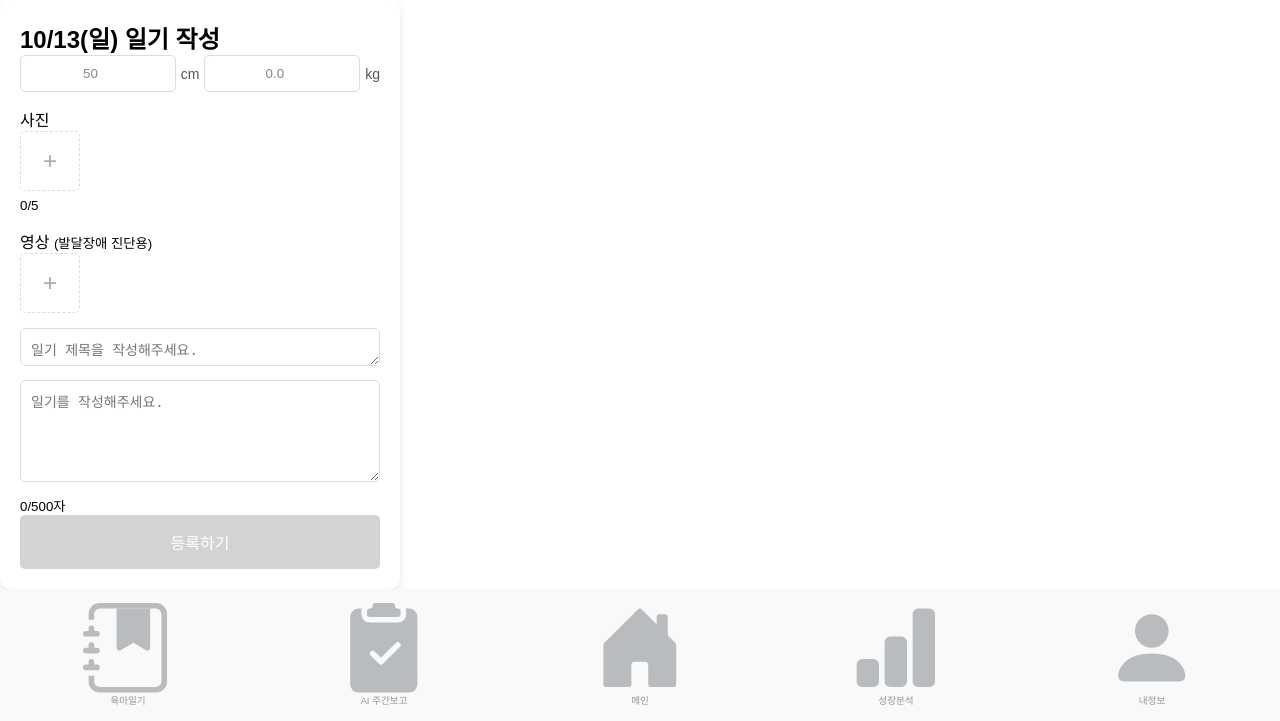
Repository: fromBirth/frombirth-frontend
Page: /babydiary/register
An editor plug-in stored every save of this project. The page is shown before and after the next save, followed by the edit.
The browser window is 1280 px wide. The pictures show the whole page.
Some web fonts or font styles are not loaded; a fallback is used. The project was rebuilt for these pictures with package versions that can differ from the ones it lists, and the page was loaded fresh each time. Also part of the build but not shown: vite.config.js.

Above is the page before, as saved 2024-10-30 12:13:24.

### index.html
<!doctype html>
<html lang="en">
  <head>
    <meta charset="UTF-8" />
    <link rel="icon" type="image/svg+xml" href="/fromBirthIcon" />
    <meta name="viewport" content="width=device-width, initial-scale=1.0" />
    <script src="https://t1.kakaocdn.net/kakao_js_sdk/2.7.2/kakao.min.js" integrity="sha384-TiCUE00h649CAMonG018J2ujOgDKW/kVWlChEuu4jK2vxfAAD0eZxzCKakxg55G4" crossorigin="anonymous"></script>
    <title>fromBirth</title>
  </head>
  <body>
    <div id="root"></div>
    <script type="module" src="/src/main.jsx"></script>
  </body>
</html>

### src/main.jsx
/* src/main.jsx */

// StrictMode와 createRoot 함수를 React에서 import
import { StrictMode } from 'react'
import { createRoot } from 'react-dom/client'
// 애플리케이션의 메인 컴포넌트인 App을 import
import App from './App.jsx'

// React 애플리케이션의 루트 DOM 요소에 App 컴포넌트를 렌더링
createRoot(document.getElementById('root')).render(
  <StrictMode>
    <App />
  </StrictMode>,
)

### src/App.jsx
/* src/App.jsx */

// 전체 애플리케이션에 라우팅 기능을 제공하는 BrowserRouter를 import
import { BrowserRouter as Router } from 'react-router-dom';
// 전역적으로 인증 상태를 관리하기 위해 AuthProvider를 import
import { AuthProvider } from './contexts/AuthContext';
// 애플리케이션의 전체 라우팅 구성을 위한 AppRouter를 import
import AppRouter from './routes/AppRouter'; // 라우팅 설정을 불러옴

// App 컴포넌트는 애플리케이션의 최상위 컴포넌트로, 인증과 라우팅을 관리
function App() {
    return (
        <AuthProvider>  {/* 인증 컨텍스트 제공 */}
            <Router>  {/* 라우팅 제공 */}
                <AppRouter /> {/* 전체 라우팅 설정 */}
            </Router>
        </AuthProvider>
    );
}

// App 컴포넌트를 기본으로 내보내기
export default App;

### src/contexts/AuthContext.jsx
/* src/contexts/AuthContext.jsx */

import { createContext, useState } from 'react';

// Context 생성
export const AuthContext = createContext();

// Context Provider 컴포넌트
export const AuthProvider = ({ children }) => {
    const [isAuthenticated, setIsAuthenticated] = useState(false);

    // 로그인/로그아웃 상태 변경 함수
    const toggleAuth = () => {
        setIsAuthenticated(!isAuthenticated);
    };

    return (
        <AuthContext.Provider value={{ isAuthenticated, toggleAuth }}>
            {children}
        </AuthContext.Provider>
    );
};

### src/routes/AppRouter.jsx
/* src/routes/AppRouter.jsx */

// React Router의 Routes와 Route 컴포넌트를 사용해 라우팅 구성
import { Routes, Route, Navigate } from 'react-router-dom';
// React에서 컴포넌트를 동적 로딩할 수 있도록 Suspense와 lazy를 사용
import { Suspense, lazy } from 'react';
// PATHS 객체를 import하여 경로를 상수로 관리
import { PATHS } from './paths';
// 전체 레이아웃 컴포넌트로, 로그인이 필요한 페이지의 공통 레이아웃으로 사용
import Layout from '../components/common/Layout.jsx';
// 스피너 컴포넌트 import
import Spinner from '../components/common/Spinner.jsx';
// 전역 스타일 파일을 import하여 스타일 적용
import '/src/assets/styles/common.css';

// React.lazy를 사용하여 동적 import로 각 페이지를 로딩하여 초기 로딩 속도 최적화
const Login = lazy(() => import('../components/login/Login.jsx'));
const Dashboard = lazy(() => import('../components/dashboard/Dashboard.jsx'));
const BabyDiary = lazy(() => import('../components/baby-diary/BabyDiary.jsx'));
const DiaryList = lazy(() => import('../components/baby-diary/DiaryList.jsx'));
const DiaryListPhoto = lazy(() => import('../components/baby-diary/DiaryListPhoto.jsx'));
const DiaryRegister = lazy(() => import('../components/baby-diary/DiaryRegister.jsx'));
const DiaryDetail = lazy(() => import('../components/baby-diary/DiaryDetail.jsx'));
const WeeklyReport = lazy(() => import('../components/weekly-report/WeeklyReport.jsx'));
const GrowthAnalysis = lazy(() => import('../components/growth-analysis/GrowthAnalysis.jsx'));
const MyPage = lazy(() => import('../components/my-page/MyPage.jsx'));
const ChildRegister = lazy(() => import('../components/my-page/ChildRegister.jsx'));

function AppRouter() {
    return (
        // Suspense로 동적 로딩 중 스피너 화면 표시
        <Suspense fallback={<Spinner />}>
            <Routes>
                {/* 로그인 페이지 */}
                <Route path={PATHS.LOGIN} element={<Login />} />

                {/* 기본 경로에서 메인 대시보드 화면으로 리다이렉트 */}
                <Route path="/" element={<Navigate to={PATHS.DASHBOARD} />} />

                {/* Layout 컴포넌트를 상위 요소로 하여 로그인이 필요한 페이지 구성 */}
                <Route element={<Layout />}>
                    {/* 메인 대시보드 페이지 */}
                    <Route path={PATHS.DASHBOARD} element={<Dashboard />} />

                    {/* BabyDiary 관련 페이지 */}
                    <Route path={PATHS.BABY_DIARY} element={<BabyDiary />} />
                    <Route path={PATHS.DIARY_LIST} element={<DiaryList />} />
                    <Route path={PATHS.DIARY_LIST_PHOTO} element={<DiaryListPhoto />} />
                    <Route path={PATHS.DIARY_REGISTER} element={<DiaryRegister />} />
                    <Route path={PATHS.DIARY_DETAIL} element={<DiaryDetail />} />

                    {/* WeeklyReport 페이지 */}
                    <Route path={PATHS.WEEKLY_REPORT} element={<WeeklyReport />} />

                    {/* GrowthAnalysis 페이지 */}
                    <Route path={PATHS.GROWTH_ANALYSIS} element={<GrowthAnalysis />} />

                    {/* MyPage 관련 페이지 */}
                    <Route path={PATHS.MY_PAGE} element={<MyPage />} />
                    <Route path={PATHS.CHILD_REGISTER} element={<ChildRegister />} />
                </Route>
            </Routes>
        </Suspense>
    );
}

export default AppRouter;

### src/routes/paths.js
/* src/routes/paths.js */

// PATHS 객체는 애플리케이션에서 사용하는 주요 라우트 경로를 상수로 관리
// 경로가 변경되더라도 이 파일만 수정하면 모든 라우트에 반영되어 유지보수가 용이해짐
export const PATHS = {

    // 로그인 페이지 경로
    LOGIN: "/login",

    // 메인 페이지 경로
    MAIN: "/main",

    // 육아 일기 섹션 경로들
    BABY_DIARY: "/babydiary",               // 육아 일기 메인 경로
    DIARY_LIST: "/babydiary/list",          // 일기 목록 페이지 경로
    DIARY_LIST_PHOTO: "/babydiary/listphoto", // 사진으로 보는 일기 목록 경로
    DIARY_REGISTER: "/babydiary/register",  // 일기 작성 페이지 경로
    DIARY_DETAIL: "/babydiary/detail",      // 일기 상세 페이지 경로

    // AI주간보고 페이지 경로
    WEEKLY_REPORT: "/weeklyreport",

    // 성장 분석 페이지 경로
    GROWTH_ANALYSIS: "/growthanalysis",

    // 내정보 섹션 경로들
    MY_PAGE: "/mypage",                     // 마이페이지 메인 경로
    CHILD_REGISTER: "/mypage/register",     // 아이 등록 페이지 경로
};

### src/components/common/Layout.jsx
/* src/components/Layout.jsx */

import { Link, Outlet, useLocation } from 'react-router-dom';
import { useState, useEffect } from 'react';
import '/src/assets/styles/layout.css';

function Layout() {

    const location = useLocation();
    const [activePath, setActivePath] = useState(location.pathname);

    // 라우터 변경 시 활성화 상태 업데이트
    useEffect(() => {
        setActivePath(location.pathname);
    }, [location]);

    return (
        <div className="layout">

            {/* 🔴 페이지 컨텐츠 */}
            <div className="content">
                <Outlet /> {/* 자식 페이지들이 이곳에 렌더링됩니다. */}
            </div>

            {/* 🔴 푸터 */}
            <footer className="footer">
                <nav className={"footer-nav"}>
                    <Link to="/babydiary" >
                        <div className={`nav-item ${activePath === '/babydiary' ? 'btn-active' : ''}`}>
                            <svg xmlns="http://www.w3.org/2000/svg" style={{ fill: activePath === '/babydiary' ? 'var(--logo-color)' : 'var(--menu-symbol-color)' }}
                                className="bi bi-journal-bookmark-fill" viewBox="0 0 16 16">
                                <path fillRule="evenodd"
                                    d="M6 1h6v7a.5.5 0 0 1-.757.429L9 7.083 6.757 8.43A.5.5 0 0 1 6 8z" />
                                <path
                                    d="M3 0h10a2 2 0 0 1 2 2v12a2 2 0 0 1-2 2H3a2 2 0 0 1-2-2v-1h1v1a1 1 0 0 0 1 1h10a1 1 0 0 0 1-1V2a1 1 0 0 0-1-1H3a1 1 0 0 0-1 1v1H1V2a2 2 0 0 1 2-2" />
                                <path
                                    d="M1 5v-.5a.5.5 0 0 1 1 0V5h.5a.5.5 0 0 1 0 1h-2a.5.5 0 0 1 0-1zm0 3v-.5a.5.5 0 0 1 1 0V8h.5a.5.5 0 0 1 0 1h-2a.5.5 0 0 1 0-1zm0 3v-.5a.5.5 0 0 1 1 0v.5h.5a.5.5 0 0 1 0 1h-2a.5.5 0 0 1 0-1z" />
                            </svg>
                            <span>육아일기</span>
                        </div>
                    </Link>
                    <Link to="/weeklyreport" >
                        <div className={`nav-item ${activePath === '/weeklyreport' ? 'btn-active' : ''}`}>
                            <svg xmlns="http://www.w3.org/2000/svg" style={{ fill: activePath === '/weeklyreport' ? 'var(--logo-color)' : 'var(--menu-symbol-color)' }}
                                className="bi bi-clipboard2-check-fill" viewBox="0 0 16 16">
                                <path
                                    d="M10 .5a.5.5 0 0 0-.5-.5h-3a.5.5 0 0 0-.5.5.5.5 0 0 1-.5.5.5.5 0 0 0-.5.5V2a.5.5 0 0 0 .5.5h5A.5.5 0 0 0 11 2v-.5a.5.5 0 0 0-.5-.5.5.5 0 0 1-.5-.5" />
                                <path
                                    d="M4.085 1H3.5A1.5 1.5 0 0 0 2 2.5v12A1.5 1.5 0 0 0 3.5 16h9a1.5 1.5 0 0 0 1.5-1.5v-12A1.5 1.5 0 0 0 12.5 1h-.585q.084.236.085.5V2a1.5 1.5 0 0 1-1.5 1.5h-5A1.5 1.5 0 0 1 4 2v-.5q.001-.264.085-.5m6.769 6.854-3 3a.5.5 0 0 1-.708 0l-1.5-1.5a.5.5 0 1 1 .708-.708L7.5 9.793l2.646-2.647a.5.5 0 0 1 .708.708" />
                            </svg>
                            <span>AI 주간보고</span>
                        </div>

                    </Link>
                    <Link to="/dashboard" >
                        <div className={`nav-item ${activePath === '/dashboard' ? 'btn-active' : ''}`}>
                            <svg xmlns="http://www.w3.org/2000/svg" style={{ fill: activePath === '/dashboard' ? 'var(--logo-color)' : 'var(--menu-symbol-color)' }}
                                className="bi bi-house-door-fill" viewBox="0 0 16 16">
                                <path
                                    d="M6.5 14.5v-3.505c0-.245.25-.495.5-.495h2c.25 0 .5.25.5.5v3.5a.5.5 0 0 0 .5.5h4a.5.5 0 0 0 .5-.5v-7a.5.5 0 0 0-.146-.354L13 5.793V2.5a.5.5 0 0 0-.5-.5h-1a.5.5 0 0 0-.5.5v1.293L8.354 1.146a.5.5 0 0 0-.708 0l-6 6A.5.5 0 0 0 1.5 7.5v7a.5.5 0 0 0 .5.5h4a.5.5 0 0 0 .5-.5" />
                            </svg>
                            <span>메인</span>
                        </div>

                    </Link>
                    <Link to="/growthanalysis" >
                        <div className={`nav-item ${activePath === '/growthanalysis' ? 'btn-active' : ''}`}>
                            <svg xmlns="http://www.w3.org/2000/svg" style={{ fill: activePath === '/growthanalysis' ? 'var(--logo-color)' : 'var(--menu-symbol-color)' }}
                                className="bi bi-bar-chart-fill" viewBox="0 0 16 16">
                                <path
                                    d="M1 11a1 1 0 0 1 1-1h2a1 1 0 0 1 1 1v3a1 1 0 0 1-1 1H2a1 1 0 0 1-1-1zm5-4a1 1 0 0 1 1-1h2a1 1 0 0 1 1 1v7a1 1 0 0 1-1 1H7a1 1 0 0 1-1-1zm5-5a1 1 0 0 1 1-1h2a1 1 0 0 1 1 1v12a1 1 0 0 1-1 1h-2a1 1 0 0 1-1-1z" />
                            </svg>
                            <span>성장분석</span>
                        </div>

                    </Link>
                    <Link to="/mypage" >
                        <div className={`nav-item ${activePath === '/mypage' ? 'btn-active' : ''}`}>
                            <svg xmlns="http://www.w3.org/2000/svg" style={{ fill: activePath === '/mypage' ? 'var(--logo-color)' : 'var(--menu-symbol-color)' }}
                                className="bi bi-person-fill" viewBox="0 0 16 16">
                                <path d="M3 14s-1 0-1-1 1-4 6-4 6 3 6 4-1 1-1 1zm5-6a3 3 0 1 0 0-6 3 3 0 0 0 0 6" />
                            </svg>
                            <span>내정보</span>
                        </div>
                    </Link>
                </nav>
            </footer>
        </div>
    );
}

export default Layout;

### src/components/common/Spinner.jsx
/* src/components/Spinner.jsx */

const Spinner = () => {
    return (
        <div className="spinner-overlay">
            <div className="spinner"></div>
        </div>
    );
};

export default Spinner;

### src/assets/styles/common.css
/* src/assets/styles/common.css */

/* 🔴 폰트 설정 */
@font-face { font-family: 'Pretendard'; font-weight: 100; font-style: normal; src: url('https://cdn.jsdelivr.net/gh/webfontworld/pretendard/Pretendard-Thin.woff') format('woff'); font-display: swap; }
@font-face { font-family: 'Pretendard'; font-weight: 200; font-style: normal; src: url('https://cdn.jsdelivr.net/gh/webfontworld/pretendard/Pretendard-ExtraLight.woff') format('woff'); font-display: swap; }
@font-face { font-family: 'Pretendard'; font-weight: 300; font-style: normal; src: url('https://cdn.jsdelivr.net/gh/webfontworld/pretendard/Pretendard-Light.woff') format('woff'); font-display: swap; }
@font-face { font-family: 'Pretendard'; font-weight: 400; font-style: normal; src: url('https://cdn.jsdelivr.net/gh/webfontworld/pretendard/Pretendard-Regular.woff') format('woff'); font-display: swap; }
@font-face { font-family: 'Pretendard'; font-weight: 500; font-style: normal; src: url('https://cdn.jsdelivr.net/gh/webfontworld/pretendard/Pretendard-Medium.woff') format('woff'); font-display: swap; }
@font-face { font-family: 'Pretendard'; font-weight: 600; font-style: normal; src: url('https://cdn.jsdelivr.net/gh/webfontworld/pretendard/Pretendard-SemiBold.woff') format('woff'); font-display: swap; }
@font-face { font-family: 'Pretendard'; font-weight: 700; font-style: normal; src: url('https://cdn.jsdelivr.net/gh/webfontworld/pretendard/Pretendard-Bold.woff') format('woff'); font-display: swap; }
@font-face { font-family: 'Pretendard'; font-weight: 800; font-style: normal; src: url('https://cdn.jsdelivr.net/gh/webfontworld/pretendard/Pretendard-ExtraBold.woff') format('woff'); font-display: swap; }
@font-face { font-family: 'Pretendard'; font-weight: 900; font-style: normal; src: url('https://cdn.jsdelivr.net/gh/webfontworld/pretendard/Pretendard-Black.woff') format('woff'); font-display: swap; }
/* HakgyoansimDunggeunmisoTTF 폰트 설정 (로컬 파일) */
@font-face { font-family: 'HakgyoansimDunggeunmisoTTF-B'; src: url('/src/assets/fonts/Hakgyoansim-Dunggeunmiso-TTF-B.ttf') format('truetype'); font-weight: normal; font-style: normal; }
@font-face { font-family: 'HakgyoansimDunggeunmisoTTF-R'; src: url('/src/assets/fonts/Hakgyoansim-Dunggeunmiso-TTF-R.ttf') format('truetype'); font-weight: normal; font-style: normal; }

/* 🔴 css 초기화 설정 */
html, body { font-family: "Pretendard", sans-serif; height: 100%; margin: 0; padding: 0; }
* { margin: 0; padding: 0; box-sizing: border-box; }
a { text-decoration: none; color: black; }
ul, li, ol, dl, dd { list-style: none; margin: 0; }
img { max-width: 100%; height: auto; border: 0; }
table { border-collapse: collapse; border-spacing: 0; }
td, th { padding: 0; }
input[type="checkbox"] { cursor: pointer; }
button { appearance: none; border: 0; background: transparent; font: inherit; outline: none; cursor: pointer; }
button:disabled { cursor: default; }
label { margin: 0; font-weight: normal; }
p { margin: 0; }
.container { padding: 0; }
.input-field { transition: all 0.3s ease; }
input::placeholder { color: #888; }

/* 🔴 색상 등 전역 변수 설정 */
:root { --logo-color: #FF893C; --button-disabled-color: #E6E9F0; --menu-symbol-color: #B8BCBF; --menu-text-color: #949598; --background-color: #F4F7FC;}

/* 🔴 루트 컨테이너 크기 설정 */
#root { height: 100vh; width: 100vw; }

/* 🔴 로딩 스피너 */
.spinner-overlay { position: fixed; top: 0; left: 0; width: 100vw; height: 100vh; display: flex; justify-content: center; align-items: center; background: rgba(255, 255, 255, 0.8); z-index: 1000; }
.spinner { width: 40px; height: 40px; border: 5px solid rgba(0, 0, 0, 0.1); border-top-color: #3498db; border-radius: 50%; animation: spin 1s linear infinite; }
@keyframes spin { to { transform: rotate(360deg); }  }

### src/components/baby-diary/DiaryRegister.jsx
import './DiaryRegister.css';

const DiaryRegister = () => {
    return (
        <div className="container">
            <h2>10/13(일) 일기 작성</h2>

            <div className="input-row">
                <input type="number" placeholder="50" min="0" max="200" aria-label="키 입력" />
                <span>cm</span>
                <input type="number" placeholder="0.0" min="0" max="200" aria-label="몸무게 입력" />
                <span>kg</span>
            </div>

            <div className="upload-section">
                <label>사진</label>
                <div className="upload-box" aria-label="사진 업로드">+</div>
                <small>0/5</small>
            </div>

            <div className="upload-section">
                <label>영상 <small>(발달장애 진단용)</small></label>
                <div className="upload-box" aria-label="영상 업로드">+</div>
            </div>

            <textarea className="textarea" rows="1" placeholder="일기 제목을 작성해주세요." aria-label="일기 제목 입력"></textarea>
            <textarea className="textarea" rows="5" placeholder="일기를 작성해주세요." maxLength="500" aria-label="일기 내용 입력"></textarea>
            <small>0/500자</small>

            <button className="submit-btn" aria-label="일기 등록">등록하기</button>
        </div>
    );
};

export default DiaryRegister;

### src/assets/styles/layout.css
/* src/assets/styles/layout.css */

/* 전체 레이아웃 */
.layout { display: flex; flex-direction: column; min-height: 100vh; width: 100vw; }

/* 콘텐츠 */
.layout .content { flex-grow: 1; }

/* 중앙 컨테이너 스타일 */
.layout .content .container { background-color: white; width: 90%; max-width: 400px; padding: 20px; border-radius: 10px; box-shadow: 0 4px 8px rgba(0, 0, 0, 0.1); }

/* 헤더 스타일 */
.layout .content .container .header { display: flex; align-items: center; gap: 10px; margin-bottom: 20px; }
.layout .content .container .header .profile-image { width: 40px; height: 40px; border-radius: 50%; background-color: #f0e68c; }
.layout .content .container .header .header-title { font-size: 18px; }
.layout .content .container .header .header-dropdown { font-size: 14px; color: gray; }

/* footer */
.layout .footer { background-color: #F9F9F9; text-align: center; }
.layout .footer .footer-nav { display: flex; justify-content: space-around; }
.layout .footer .footer-nav .nav-item { display: flex; flex-direction: column; justify-content: center; color: #949598; font-size: 0.6em; min-width: 12vw; margin: 1vh 3vw; padding: 1vh 1vw; }
.layout .footer .footer-nav .nav-item.btn-active { background-color: #FE8A3C1F; color: #FF893C; border-radius:9px; }
.layout .footer .footer-nav .nav-item svg { margin: auto; width: 7vw; }

### src/components/baby-diary/DiaryRegister.css
.input-row { display: flex; align-items: center; gap: 5px; margin-bottom: 15px; }
.input-row input[type="number"] { width: 100%; padding: 10px; border: 1px solid #ddd; border-radius: 5px; text-align: center; }
.input-row span { font-size: 14px; color: #555; }
.upload-section { margin-bottom: 15px; }
.upload-box { width: 60px; height: 60px; border: 1px dashed #ddd; border-radius: 5px; display: flex; align-items: center; justify-content: center; color: #aaa; font-size: 24px; margin-bottom: 5px; }
.textarea { width: 100%; padding: 10px; border: 1px solid #ddd; border-radius: 5px; margin-bottom: 10px; font-size: 14px; color: #555; }
.submit-btn { width: 100%; padding: 15px; background-color: #d3d3d3; border: none; border-radius: 5px; font-size: 16px; color: white; cursor: pointer; }

After the next save:
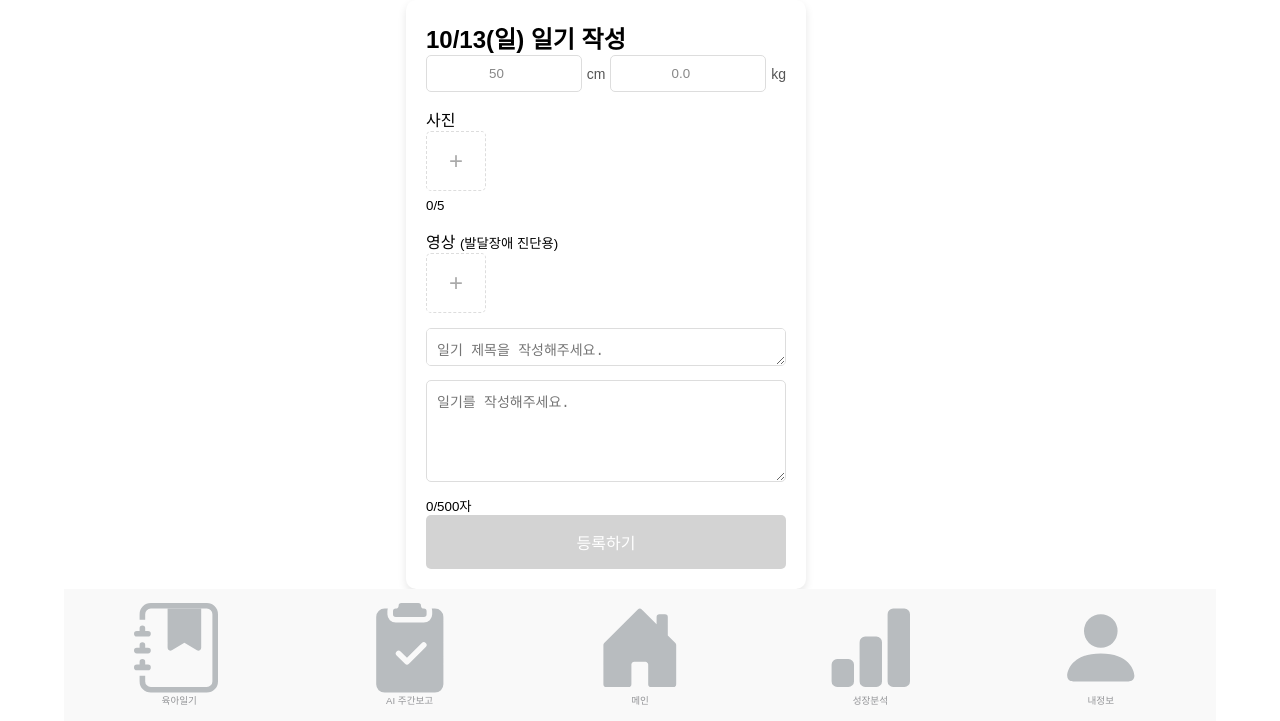
Saved 2 min 55 s later.
--- a/src/assets/styles/layout.css
+++ b/src/assets/styles/layout.css
@@ -1,10 +1,10 @@
 /* src/assets/styles/layout.css */
 
-/* 전체 레이아웃 */
-.layout { display: flex; flex-direction: column; min-height: 100vh; width: 100vw; }
+/* 레이아웃 */
+.layout { display: flex; flex-direction: column; align-items: center; width: 100vw; min-height: 100vh; }
 
-/* 콘텐츠 */
-.layout .content { flex-grow: 1; }
+ /* 콘텐츠 영역 */
+.content { flex-grow: 1; width: 100%; max-width: 500px; margin: 0 auto; padding: 0 16px; }
 
 /* 중앙 컨테이너 스타일 */
 .layout .content .container { background-color: white; width: 90%; max-width: 400px; padding: 20px; border-radius: 10px; box-shadow: 0 4px 8px rgba(0, 0, 0, 0.1); }
